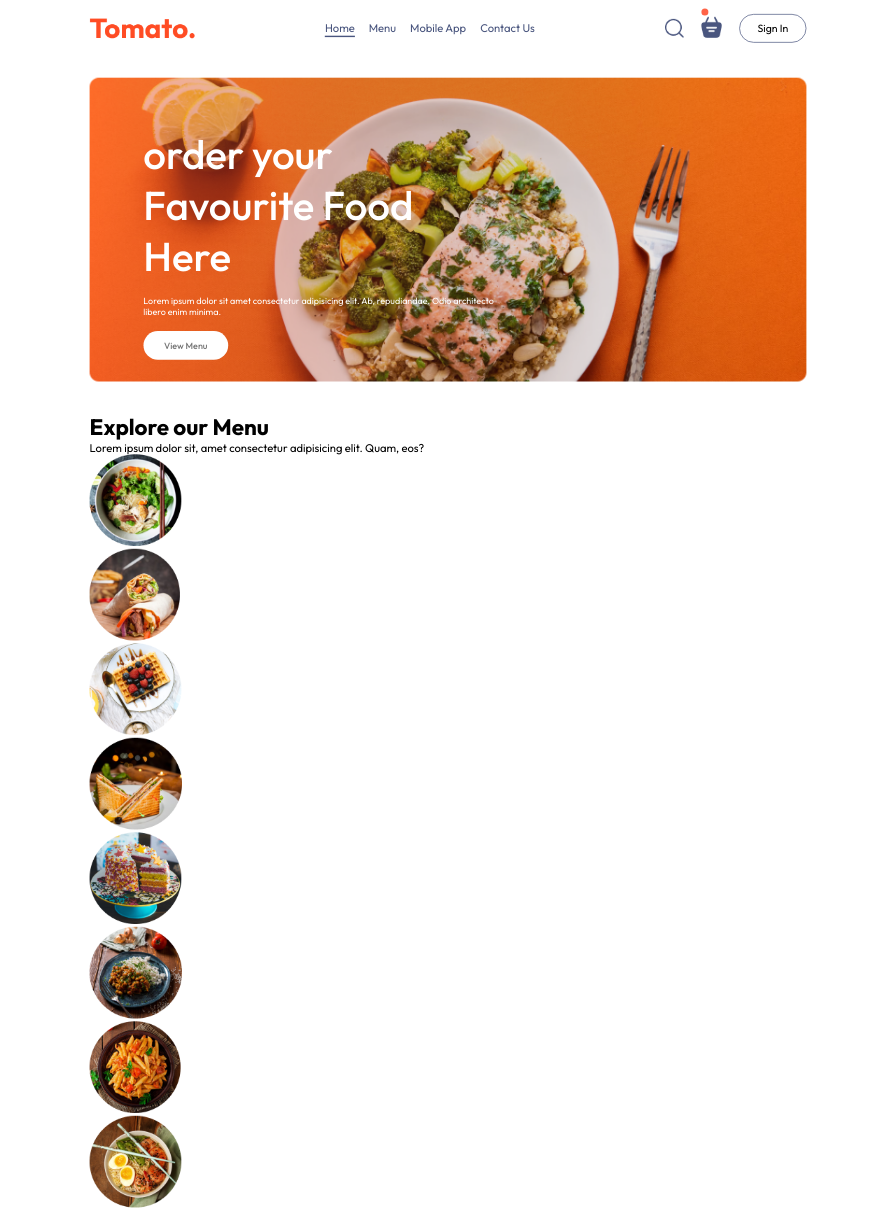
Repository: Attar786/Food-ordering-app
Page: / (app in frontend/)
The author's editor kept a copy of each file at every save. The page is drawn from the files as they stood at one save, then again after the next save.
The browser window is 1280 px wide. The pictures show the whole page, at 70% of full size.
The project was rebuilt for these pictures with package versions that can differ from the ones it lists, and the page was loaded fresh each time. Also part of the build but not shown: frontend/vite.config.js, frontend/src/components/ExploreMenu/ExploreMenu.css, frontend/src/pages/Cart/Cart.css, frontend/src/pages/Cart/Cart.jsx, frontend/src/pages/PlaceOrder/PlaceOrder.css, frontend/src/pages/PlaceOrder/PlaceOrder.jsx.

Above is the page before, as saved 2024-07-24 21:19:53.

After the next save:
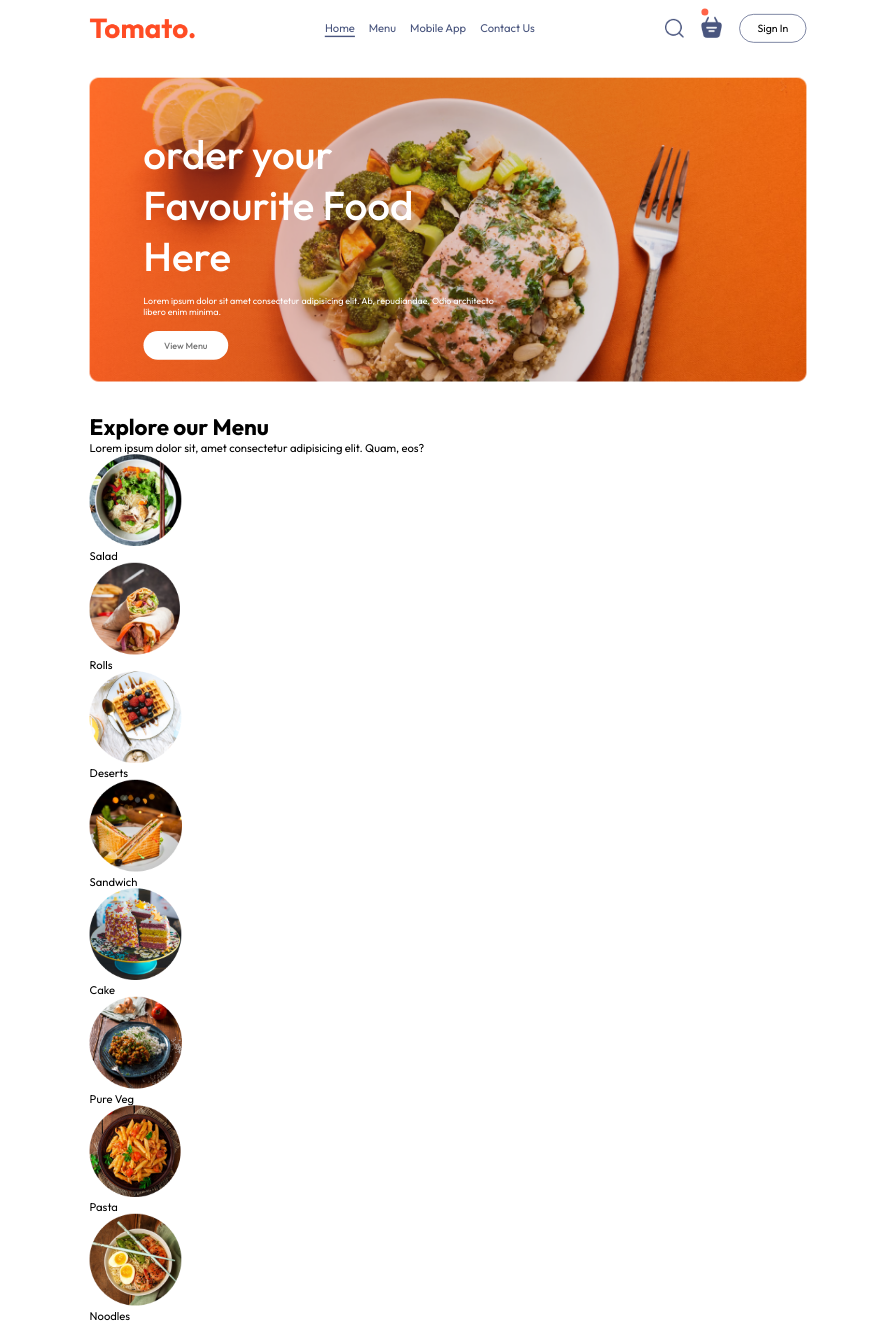
Saved 29 s later.
--- a/frontend/src/components/ExploreMenu/ExploreMenu.jsx
+++ b/frontend/src/components/ExploreMenu/ExploreMenu.jsx
@@ -11,7 +11,7 @@ const ExploreMenu = () => {
           return (
             <div key={index} className='explore-menu-list-item'>
               <img src={item.menu_image} alt="" />
-              <p>{item.name}</p>
+              <p>{item.menu_name}</p>
             </div>
           )
         })}
